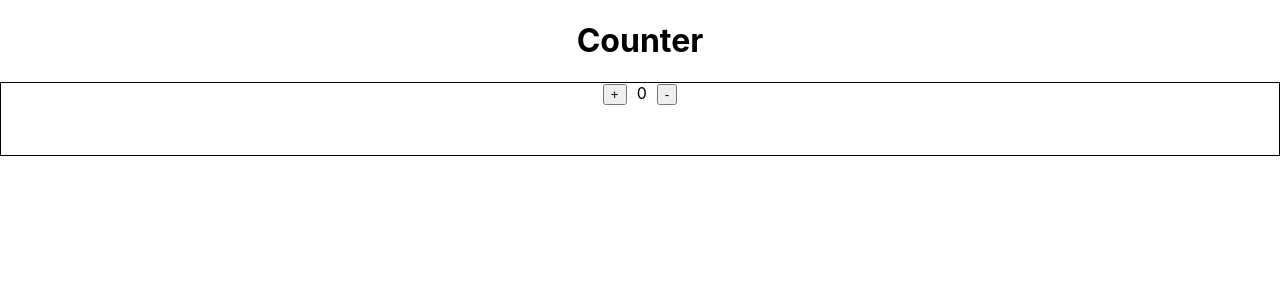
Repository: vsangavi/Redux-Counter
Page: /
The author's editor kept a copy of each file at every save. The page is drawn from the files as they stood at one save, then again after a run of saves.
The browser window is 1280 px wide. The pictures show the whole page.
The project was rebuilt for these pictures with package versions that can differ from the ones it lists, and the page was loaded fresh each time.

Above is the page before, as saved 2020-10-02 16:42:53.

### src/App.js
import React from "react";
import Counter from "./Counter";
import "./App.css";

function App() {
  return (
    <div className="App">
      <Counter />
    </div>
  );
}

export default App;

### src/Counter.js
import React, { Component } from "react";

class Counter extends Component {
  constructor(props) {
    super();
    this.state = {
      count: 0,
    };
  }
  render() {
    const Increment = () => {
      this.setState({
        count: this.state.count + 1,
      });
    };
    const Decrement = () => {
      this.setState({
        count: this.state.count - 1,
      });
    };
    return (
      <div>
        <h1>Counter</h1>
        <div className="outerDiv">
          <button onClick={Increment}>+</button>
          <span>{this.state.count}</span>
          <button onClick={Decrement}>-</button>
        </div>
      </div>
    );
  }
}
export default Counter;

### src/App.css
.App {
  text-align: center;
}
span {
  margin: 10px 10px;
}
.outerDiv {
  height: 10vh;
  border: 1px solid;
}

Loaded but not shown: public/index.html (common file); src/index.js (common file); src/index.css (common file); src/serviceWorker.js (common file)

After the next 2 saves:
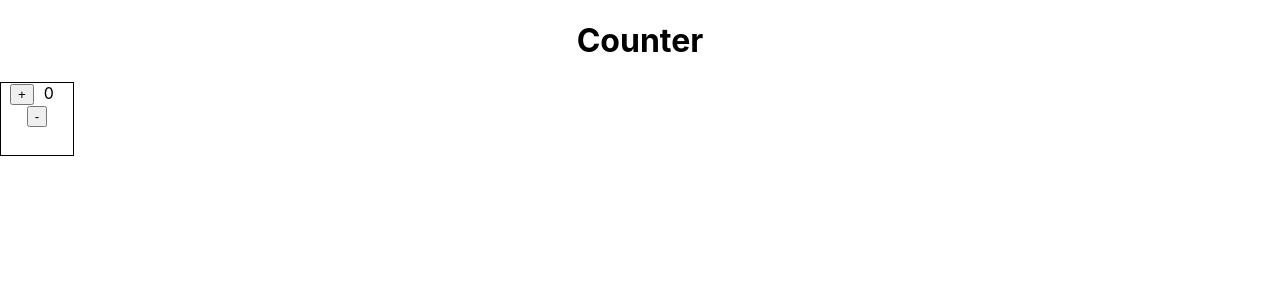
The 2 saves are shown as one change because they came seconds apart.
The last was saved 9 s later.
--- a/src/App.css
+++ b/src/App.css
@@ -7,4 +7,5 @@ span {
 .outerDiv {
   height: 10vh;
   border: 1px solid;
+  width: 10vh;
 }
